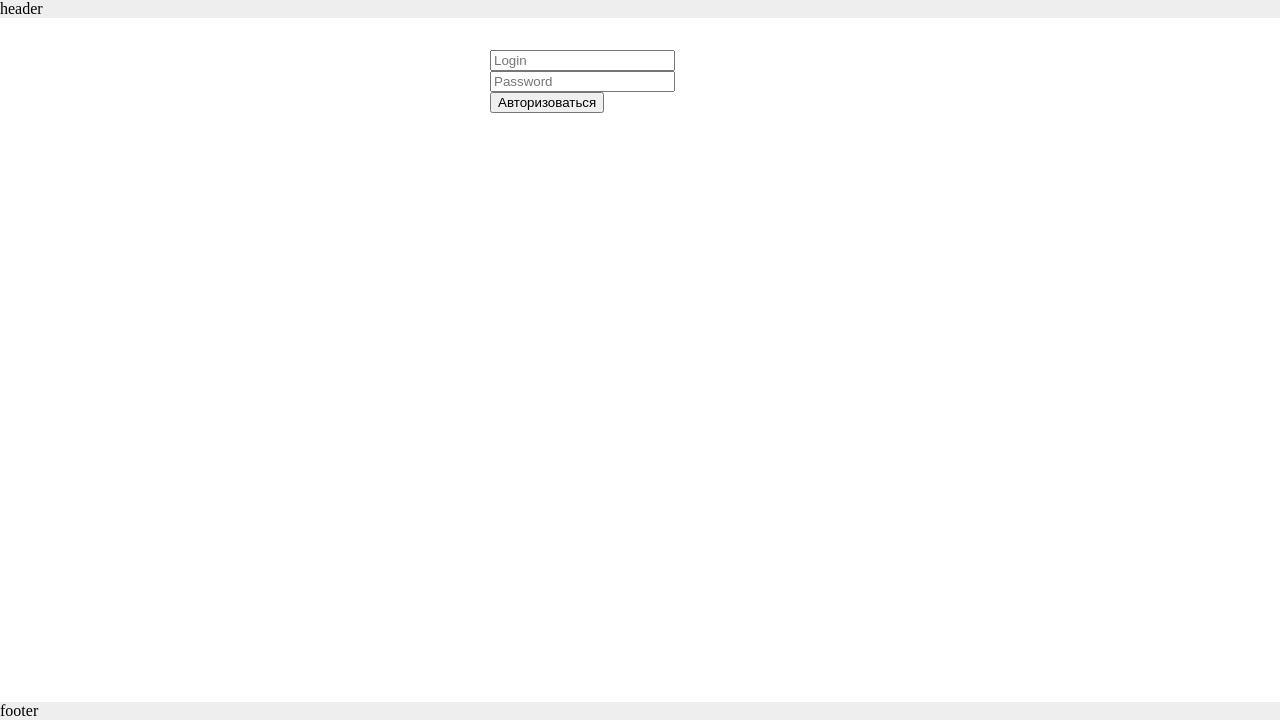
Repository: slep0y/fakeAuth
Page: index.html
The author's editor kept a copy of each file at every save. The page is drawn from the files as they stood at one save, then again after the next save.
The browser window is 1280 px wide. The pictures show the whole page.
The style sheet was rebuilt from its Sass, Less or Tailwind sources for each picture, by a compiler version that may differ from the author's.

Above is the page before, as saved 2025-01-19 12:55:28.

After the next save:
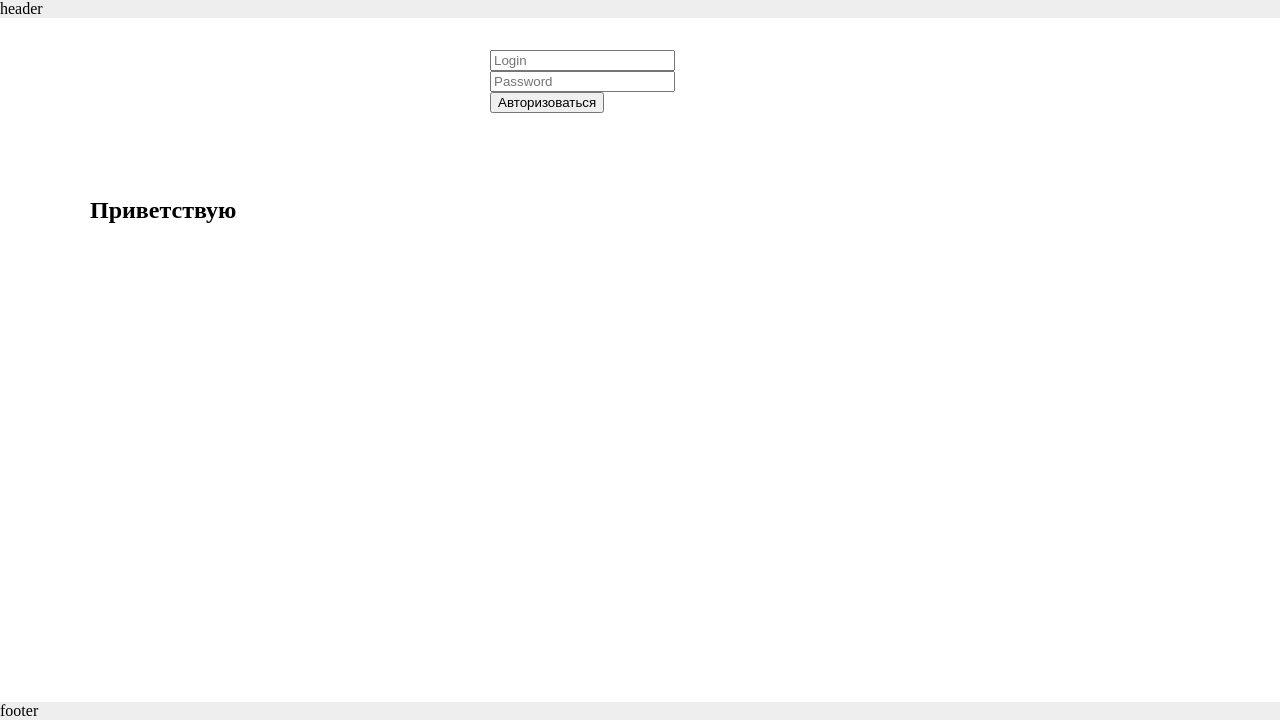
Saved 17 s later.
--- a/index.html
+++ b/index.html
@@ -28,7 +28,7 @@
         <section class="content hidden">
             <div class="container">
                 <div class="content__inner">
-
+                    <h1>Приветствую</h1>
                 </div>
             </div>
         </section>
